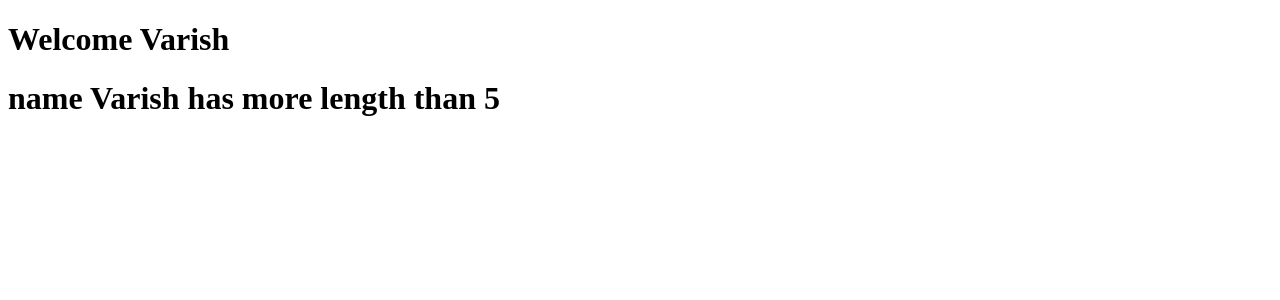
Repository: valletivarish/monojsp
Page: http://localhost/05-jsp-jstl-tags-demo/jstl-tags-demo.jsp
An editor plug-in stored every save of this project. The page is shown before and after the next save, followed by the edit.
The browser window is 1280 px wide. The pictures show the whole page.
The page is served by Tomcat 9.

Above is the page before, as saved 2024-07-15 10:03:41.

After the next save:
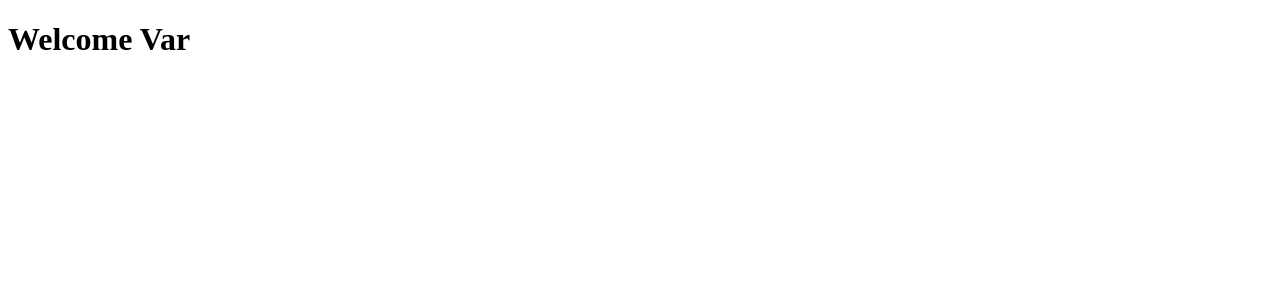
Saved 6 s later.
--- a/05-jsp-jstl-tags-demo/WebContent/jstl-tags-demo.jsp
+++ b/05-jsp-jstl-tags-demo/WebContent/jstl-tags-demo.jsp
@@ -9,7 +9,7 @@
 <title>Insert title here</title>
 </head>
 <body>
-	<c:set var="name" value="Varish"></c:set>
+	<c:set var="name" value="Var"></c:set>
 	<h1>Welcome ${name}</h1>
 
 	<c:if test="${name.length()>=5}">

After the save that followed:
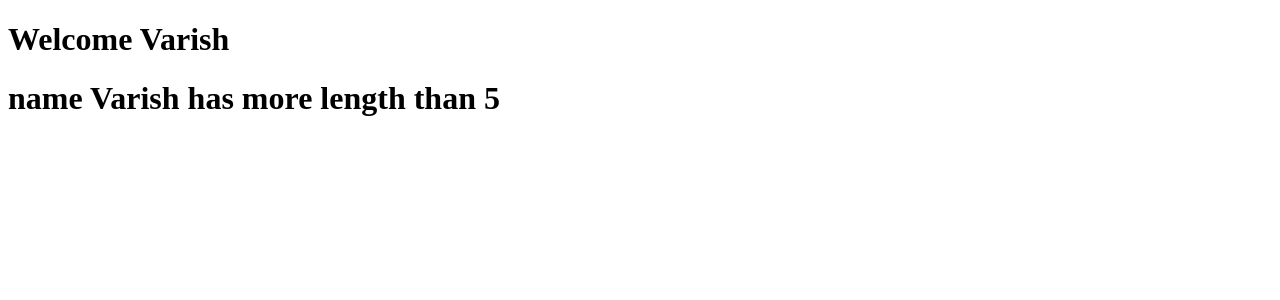
Saved 8 s later.
--- a/05-jsp-jstl-tags-demo/WebContent/jstl-tags-demo.jsp
+++ b/05-jsp-jstl-tags-demo/WebContent/jstl-tags-demo.jsp
@@ -9,7 +9,7 @@
 <title>Insert title here</title>
 </head>
 <body>
-	<c:set var="name" value="Var"></c:set>
+	<c:set var="name" value="Varish"></c:set>
 	<h1>Welcome ${name}</h1>
 
 	<c:if test="${name.length()>=5}">
